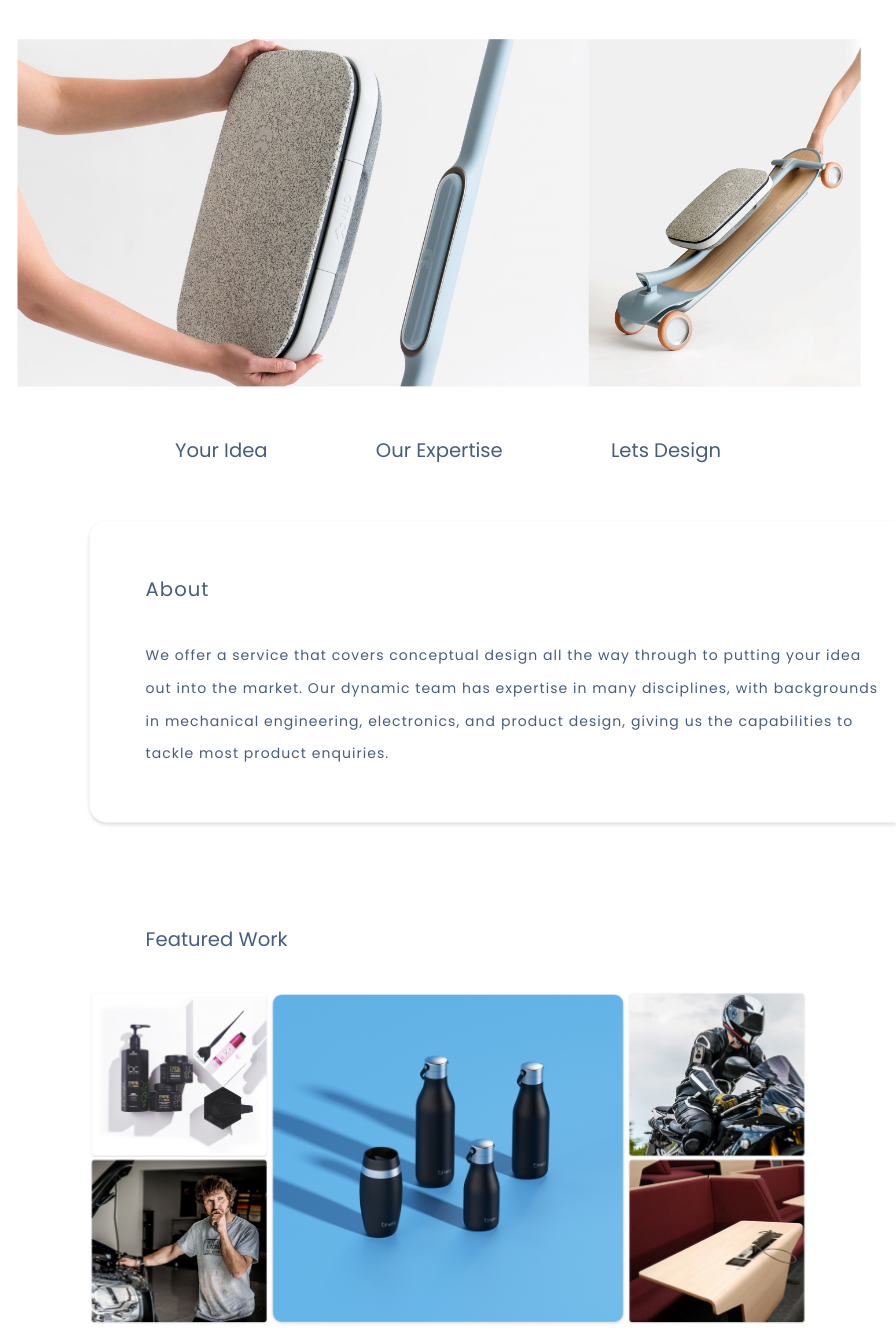
Repository: cobyfoster99/User-Centric-frontend-project
Page: index.html
The author's editor kept a record of every edit. The page is drawn from the files as they stood at one moment, then again after the next edit.
The browser window is 1280 px wide. The pictures show the part of the page from y = 0 to 1920 px (the page is 3138 px tall before and 3163 px after), at 70% of full size.
Some web libraries are served in a nearby version.

Above is the page before.

### index.html
<!DOCTYPE html>
<html lang="en">

<head>
    <meta charset="UTF-8">
    <meta name="viewport" content="width=device-width, initial-scale=1.0, max-scale=1.0">
    <meta http-equiv="X-UA-Compatible" content="ie=edge">
    <link rel="stylesheet" href="assets/css/style.css" type="text/css" />
    <link rel="stylesheet" href="https://stackpath.bootstrapcdn.com/font-awesome/4.7.0/css/font-awesome.min.css" type="text/css" />
    <script src="https://kit.fontawesome.com/78b1021543.js"></script>
    <link rel="stylesheet" href="https://stackpath.bootstrapcdn.com/bootstrap/4.3.1/css/bootstrap.min.css" integrity="sha384-ggOyR0iXCbMQv3Xipma34MD+dH/1fQ784/j6cY/iJTQUOhcWr7x9JvoRxT2MZw1T" crossorigin="anonymous">
    <title>Simple Design Works | Product Design Agency</title>
</head>

<body>

    <header>
        <div class="row no-gutters">
            <a class="col-md-4 logo" href="index.html"></a>

            <div class="col-md-4">
                <div class="row no-gutters">
                    <div class="col">
                        <ul id="nav" class="list-inline menucontainer">
                            <li class="col-6 col-sm-3 list-inline-item">
                                <a href="#"><span class="nav-active">Home</span></a>
                            </li>
                            <li class="col-6 col-sm-3 list-inline-item">
                                <a href="#"><span>About</span></a>
                            </li>
                            <li class="col-6 col-sm-3 list-inline-item">
                                <a href="#"><span>Contact</span></a>
                            </li>
                        </ul>
                    </div>
                </div>
            </div>
        </div>
    </header>

    <section>

        <!--------------------- Global Banner Image--------------------->
        <div class="container-fluid">
            <div class="row banner-image-container no-gutters">
                <img class="banner-image" src="assets/media-library/home_image.jpg"></img>
            </div>
        </div>

        <!--------------------- SDW Catch Phrase --------------------->
        <div class="container-fluid">
            <div class="col-12">
                <div class="catchphrase">
                    <h3 class="header-h3">Your Idea</h3>
                    <h3 class="header-h3">Our Expertise </h3>
                    <h3 class="header-h3">Lets Design</h3>
                </div>
            </div>
        </div>

        <!--------------------- Home Page About --------------------->
        <div class="container-about">
            <div class="about-section">
                <h3 class="about-h3 aligned-border">About</h3>
                <p class="aligned-border about-p">We offer a service that covers conceptual design all the way through to putting your idea out into the market. Our dynamic team has expertise in many disciplines, with backgrounds in mechanical engineering, electronics, and product design,
                    giving us the capabilities to tackle most product enquiries.

                </p>
            </div>
        </div>

        <!--------------------- Home Page Portfolio --------------------->
        <div class="container-porfolio text-center">
            <h3 class="left-Featured">Featured Work</h3>
            <div class="row no-gutters">
                <div class="col-lg-3 col-md-12 portfolio-skp"><img class="img-fluid padded-image" src="./assets/media-library/skp2.jpg"></img> <img class="img-fluid padded-image" src="./assets/media-library/guy.jpg"></img>
                </div>

                <div class="col-lg-6 col-md-12 text-center portfolio-skp"><img class="img-fluid padded-image" src="./assets/media-library/ohello.jpg"></img>
                </div>
                <div class="col-lg-3 col-md-12 portfolio-skp"><img class="img-fluid padded-image" src="./assets/media-library/Bike.jpg"></img> <img class="img-fluid padded-image padded-image" src="./assets/media-library/furniture.jpg"></img>
                </div>
            </div>
        </div>

        <!--------------------- Home Page Contact --------------------->

    </section>
    <div class="container-contact text-center">
        <h2 class="home-contact-header">Get In Touch!</h2>
        <form>

            <input type="ftext" name="full-name" placeholder="Full Name" class="full-name" />

            <input type="ftext" name="full-name" placeholder="Full Name" class="full-name" />

            <input type="ftext" name="full-name" placeholder="Full Name" class="full-name" />


            <textarea rows="8" name="discuss" placeholder="Discuss Your Idea..." class="dicuss-idea"></textarea>

            <input type="submit" value="Submit" />
        </form>
    </div>

    <footer>
        <div class="container-fluid">
            <div class="row no-gutters footer-about">
                <div class="col-sm footer-section">
                    <h2 class="footer-h2">About</h2>
                    <p class="footer-p">We offer a service that covers conceptual design all the way through to putting your idea out into the market. Our dynamic team has expertise in many disciplines, with backgrounds in mechanical engineering, electronics, and product
                        design, giving us the capabilities to tackle most product enquiries.
                    </p>
                </div>
                <div class="col-sm footer-section footer-location">
                    <h2 class="footer-h2">Location</h2>
                    <p class="footer-p">Rural Enterprise Centre,<br> Rotherwas Industrial Estate<br> Hereford
                        <br> HR2 6FE<br>
                    </p>
                </div>
                <div class="col-sm footer-section footer-sitemap">
                    <h2 class="footer-h2">Sitemap</h2>
                    <p class="footer-p"><a class="footer-links" href="/home">Home</a> <br> <a class="footer-links" href="/about">About</a> <br> <a class="footer-links" href="/contact">Contact</a> <br>
                        <p class="footer-p">© simple design works 2019</p>
                    </p>
                </div>


            </div>
        </div>
    </footer>

</body>

</html>

### assets/css/style.css
/* ------------------------------------------- Typography */

@import url('https://fonts.googleapis.com/css?family=Poppins:400,600,700&display=swap');

h1,
h2,
h3,
h4,
h5,
p,
span {
    font-family: "poppins", sans-serif;
    color: #475D7B;
}



/* -------------------------------------------- Header */

header {
    background-color: #fffff;
    padding-top: 20px;
    padding-bottom: 20px;
}

.logo {
    display: inline-block;
    max-width: 70%;
    height: auto;
    transition: all .5s ease-in-out;
    -moz-transition: all .5s ease-in-out;
    -webkit-transition: all .5s ease-in-out;
}

@media only screen and (max-width: 1920px) and (min-width: 1220px) {
    .nav-center {
        margin-left: 300px;
        margin-right: auto;
    }
}

@media only screen and (max-width: 1920px) and (min-width: 1220px) {
    nav {
        width: 80%;
        margin-left: auto;
        margin-right: auto;
    }
}

.menucontainer {
    font-size: 0px;
    text-decoration: none;
}

.navbar-light .navbar-nav .nav-link {
    color: #475D7B;
}

.nav-link {
    font-size: 18px;
    text-align: center;
    text-decoration: none;
    color: #475D7B;
    font-weight: 600;
    transition: all .5s ease-in-out;
    -moz-transition: all .5s ease-in-out;
    -webkit-transition: all .5s ease-in-out;
}

.nav-item {
    padding-left: 30px;
}

.nav-link:hover {
    color: #E18763;
}

.nav-active {
    color: #E18763;
    border-bottom: 1px solid #E18763;
}

/* -------------------------------------------- Media Queries - Header */

@media only screen and (max-width: 1440px) and (min-width: 768px) {
    .menuitem {
        padding-bottom: 10px;
    }
}




/* -------------------------------------------- Banner Image Global */

.banner-image {
    display: block;
    margin-left: auto;
    margin-right: auto;
    padding-left: 10px;
    max-width: 100%;
    height: auto;
}

/* -------------------------------------------- SDW Catchphrase Global */

.catchphrase {
    display: block;
    text-align: center;
    margin-left: auto;
    margin-right: auto;
    padding-bottom: 75px;
    padding-top: 75px;
}

.header-h3 {
    text-align: center;
    display: inline-block;
    padding-left: 10px;
}

/* -------------------------------------------- Home-page About */

.about-section {
    display: block;
    box-shadow: 0px 3px 6px rgba(0, 0, 0, 0.15);
    border-radius: 25px;
    margin-bottom: 50px;
}

.aligned-border {
    padding: 20px;
}

.about-h3 {
    padding-top: 75px;
    line-height: 35pt;
    letter-spacing: 1.5px;
}

.about-p {
    padding-top: 20px;
    padding-bottom: 75px;
    line-height: 35pt;
    letter-spacing: 1.5px;
    font-size: 20px;
}

.container-about {
    margin-left: auto;
    margin-right: auto;
    width: 80%;
}


/* -------------------------------------------- Media Queries - Home-page-about */

@media only screen and (max-width: 1920px) and (min-width: 1200px) {
    .container-about {
        margin-right: 0;
        margin-left: 10%;
        width: 90%;
    }
}

@media only screen and (max-width: 1920px) and (min-width: 1200px) {
    .about-section {
        border-radius: 25px 0px 0px 25px;
    }
}


@media only screen and (max-width: 1920px) and (min-width: 1200px) {
    .about-p,
    .about-h3 {

        padding-left: 80px;

    }
}

@media only screen and (max-width: 1220px) and (min-width: 320px) {
    .about-p,
    .about-h3 {

        line-height: normal;
        letter-spacing: normal;
        text-align: center;

    }
}

@media only screen and (max-width: 1220px) and (min-width: 320px) {
    .about-p {
        padding-bottom: 50px;
        padding-top: 0px;
        font-size: 16px;
    }
}

@media only screen and (max-width: 1220px) and (min-width: 320px) {
    .about-h3 {
        padding-top: 50px;
    }
}



/* -------------------------------------------- Media Queries - Catchphrase Global */

@media only screen and (max-width: 1920px) and (min-width: 768px) {
    .header-h3 {
        padding-left: 75px;
        padding-right: 75px;
    }
}






/* -------------------------------------------- Footer */

footer {
    background-color: #f1f1f1;
    padding-top: 20px;
    padding-bottom: 20px;
}

.footer-section {
    text-align: left;
    padding-top: 20px;
    padding-bottom: 20px;
}


.footer-h2 {
    padding-bottom: 20px;
    font-size: 24px;
    text-align: left;
}

.footer-p {
    font-size: 16px;
    line-height: 22pt;
    text-align: left;
}

.footer-links {
    text-decoration: none;
    color: #475D7B;
}

.footer-links:hover {
    text-decoration: none;
    color: #475D7B;
}

/* -------------------------------------------- Media Queries - Footer */

@media only screen and (max-width: 1920px) and (min-width: 1220px) {
    .footer-location {
        margin-left: 180px;
    }
}

@media only screen and (max-width: 1920px) and (min-width: 1220px) {
    footer {
        padding-left: 250px;
        padding-right: 250px;
    }
}

@media only screen and (max-width: 1200px) and (min-width: 768px) {
    footer {
        padding-left: 50px;
        padding-right: 0px;
    }
}

@media only screen and (max-width: 1440px) and (min-width: 768px) {
    .footer-sitemap,
    .footer-location {
        margin-left: 50px;
        padding-right: 0px;
    }
}

@media only screen and (max-width: 1200px) and (min-width: 386px) {
    .footer-p {
        font-size: 14px;
    }
}





/* -------------------------------------------- Portfolio Section - Homepage*/

.container-porfolio {
    margin-left: auto;
    margin-right: auto;
    width: 80%;
    padding-top: 100px;
    padding-bottom: 100px;
}

.portfolio-title {
    padding-left: 80px;
    padding-bottom: 50px;
}

@media only screen and (max-width: 1200px) and (min-width: 300px) {
    .portfolio-title {
        padding-left: 0px;
        text-align: center;
        padding-bottom: 20px;
    }
}

.skp-image {
    transition: all .5s ease-in-out;
    -moz-transition: all .5s ease-in-out;
    -webkit-transition: all .5s ease-in-out;
    display: inline-block;
}


@media only screen and (max-width: 1200px) and (min-width: 300px) {
    .container-portfolio {
        width: 100%;
        margin: 0;
    }
}

.folio-image {
    max-width: 100%;
    width: auto;
    min-height: auto;
    vertical-align: top;
    margin-right: auto;
    margin-left: auto;
    padding-top: 25px;
}

.folio-image-right {
    vertical-align: top;
    float: left;
    text-align: right;
}

.portfolio-skp {
    margin-left: auto;
    margin-right: auto;
}

@media only screen and (max-width: 1920px) and (min-width: 1200px) {
    .portfolio-item-large {
        margin: 0;
    }
}

.padded-image {
    padding-bottom: 0px;
}

@media only screen and (max-width: 1920px) and (min-width: 1200px) {
    .left-Featured {
        text-align: left;
        padding-left: 80px;
    }

}

.left-Featured {
    padding-bottom: 50px;
}


/* -------------------------------------------- Contact Section - Homepage*/

.container-contact {
    margin-left: auto;
    margin-right: auto;
    width: 80%;
    padding-bottom: 100px;
}

.full-name {
    margin-top: 20px;
    width: 100%;
    height: 50px;
    box-shadow: 0px 3px 6px rgba(0, 0, 0, 0.15);
    border-radius: 10px;
    border: none;
    font-family: "poppins", sans-serif;
    font-size: 16px;
}

::-webkit-input-placeholder {
    color: #475D7B;
    padding-left: 20px;
}


.dicuss-idea {
    margin-top: 20px;
    width: 100%;
    box-shadow: 0px 3px 6px rgba(0, 0, 0, 0.15);
    border-radius: 10px;
    border: none;
    font-family: "poppins", sans-serif;
    font-size: 16px;
}

.submit-button {
    width: 30%;
    margin-top: 20px;
    margin-left: 0;
    height: 50px;
    border-radius: 10px;
    border: none;

}

After the next edit:
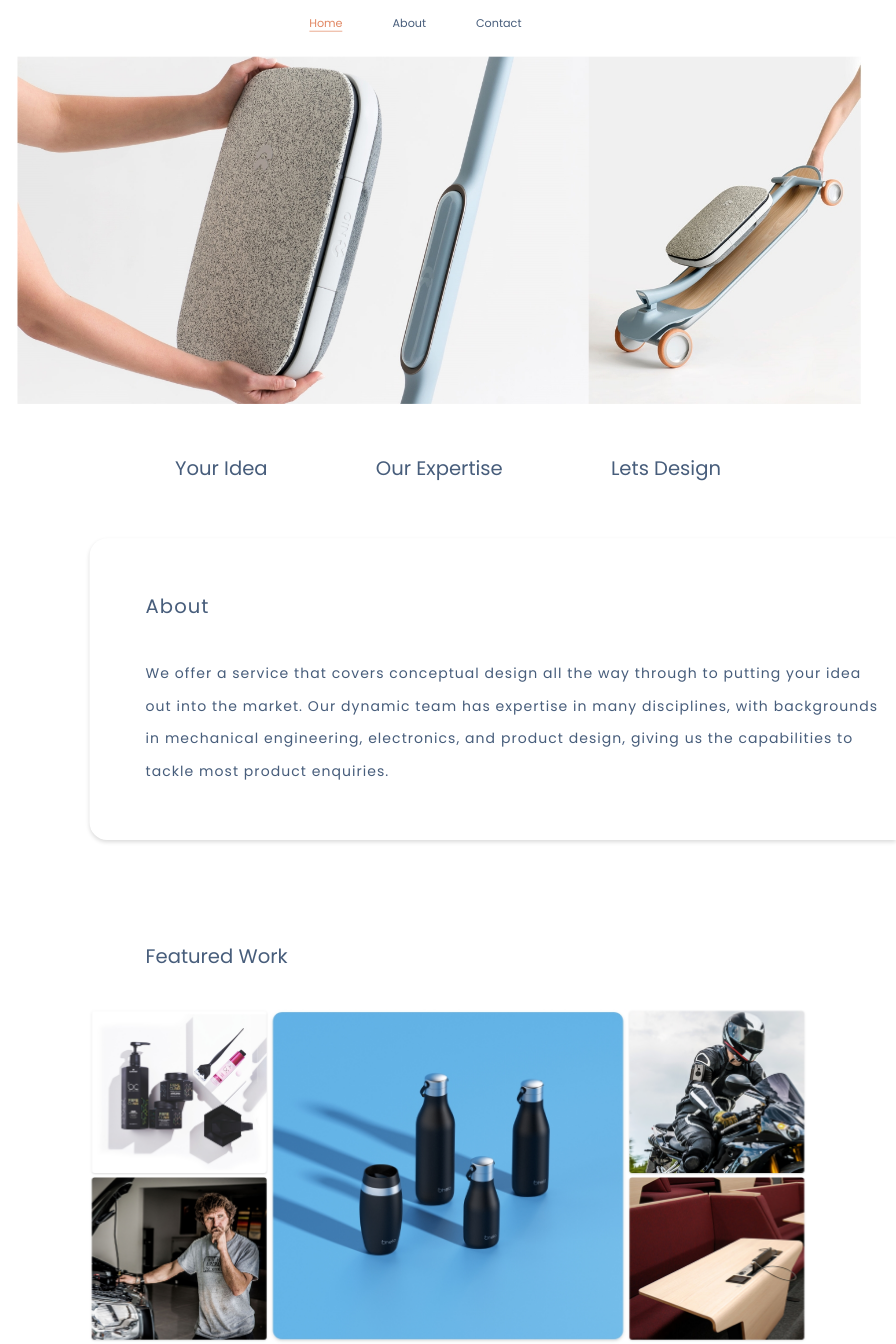
The edit:
--- a/assets/css/style.css
+++ b/assets/css/style.css
@@ -45,11 +45,6 @@
         margin-left: auto;
         margin-right: auto;
     }
-}
-
-.menucontainer {
-    font-size: 0px;
-    text-decoration: none;
 }
 
 .navbar-light .navbar-nav .nav-link {
